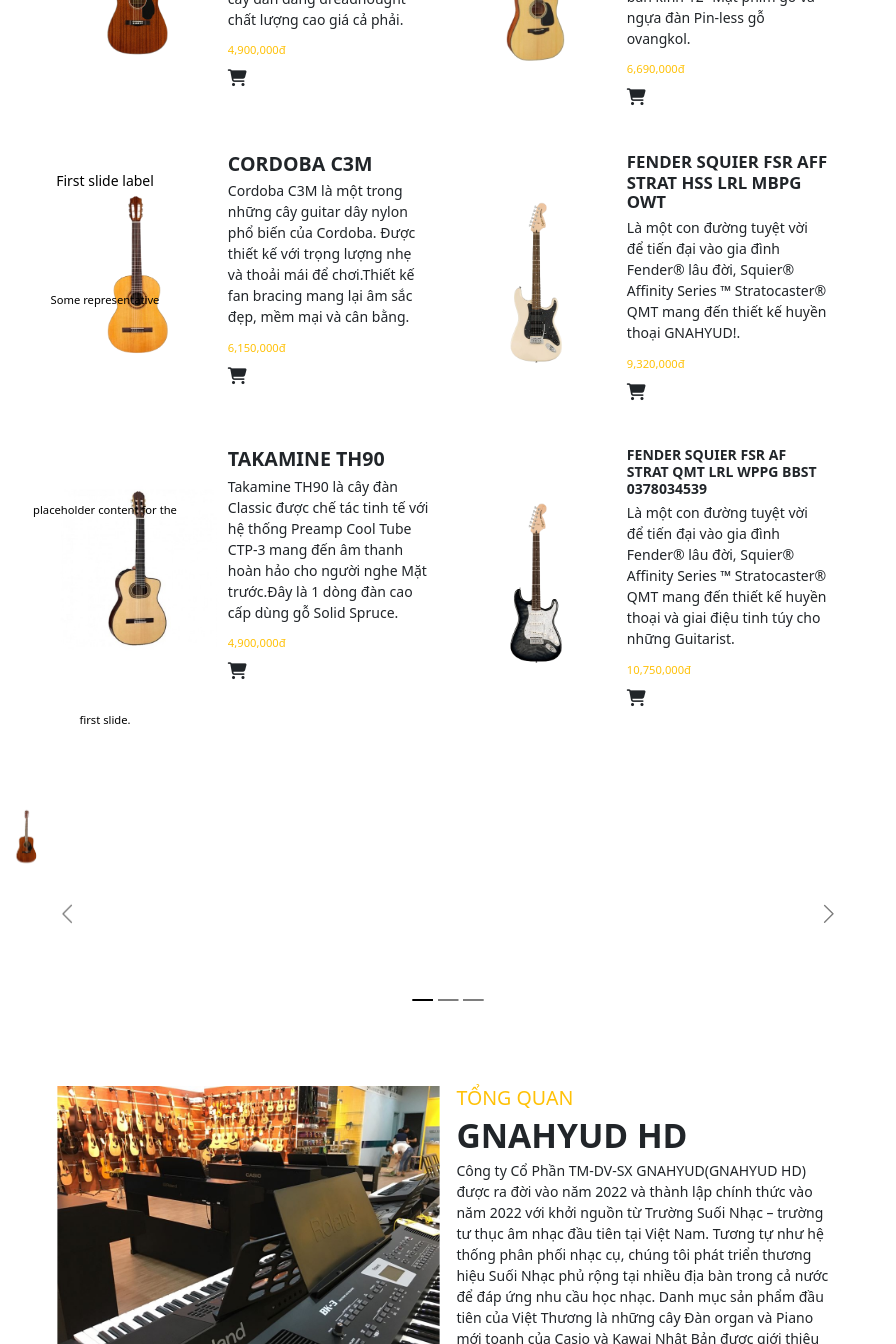
Repository: HoangDuy315/guitar
Page: index.html
These files come from the project's save history. The page is drawn as it stood at one moment and after the next save; the edit follows.
The browser window is 1280 px wide. The pictures show the part of the page from y = 1029 to 2949 px (the page is 4834 px tall before and 4869 px after), at 70% of full size.
Some web libraries are served in a nearby version.

Above is the page before, as saved 2022-09-16 15:31:51.

### index.html
<!doctype html>
<html lang="en">
  <head>
    <meta charset="utf-8">
    <meta name="viewport" content="width=device-width, initial-scale=1">
    <link href="https://cdn.jsdelivr.net/npm/bootstrap@5.1.3/dist/css/bootstrap.min.css" rel="stylesheet" integrity="sha384-1BmE4kWBq78iYhFldvKuhfTAU6auU8tT94WrHftjDbrCEXSU1oBoqyl2QvZ6jIW3" crossorigin="anonymous">

    <title>Guitar HD</title>
    <script src="https://kit.fontawesome.com/9676e8dc1b.js" crossorigin="anonymous"></script>
    <link rel="stylesheet" href="style.css">
  </head>
  <body>

    <!-- Nav -->
    <nav class="navbar navbar-expand-lg navbar-dark fixed-top py-3" id="navbar">
        <div class="container">
          <a class="navbar-brand fs-3 text-warning" href="#">GUITAR HD</a>
          <button class="navbar-toggler" type="button" data-bs-toggle="collapse" data-bs-target="#navbarSupportedContent" aria-controls="navbarSupportedContent" aria-expanded="false" aria-label="Toggle navigation">
            <span class="navbar-toggler-icon"></span>
          </button>
          <div class="collapse navbar-collapse" id="navbarSupportedContent">
            <ul class="navbar-nav me-auto mb-2 mb-lg-0 fs-5">
              <li class="nav-item">
                <a class="nav-link" href="#">Giới thiệu</a>
              </li>
              <li class="nav-item">
                <a class="nav-link" href="#">Tin tức</a>
              </li>
              <li class="nav-item dropdown">
                <a class="nav-link dropdown-toggle" href="#" id="navbarDropdown" role="button" data-bs-toggle="dropdown" aria-expanded="false">
                  Sản phẩm
                </a>
                <ul class="dropdown-menu" aria-labelledby="navbarDropdown">
                  <li><a class="dropdown-item" href="#">Guitar Clasic</a></li>
                  <li><a class="dropdown-item" href="#">Guitar Accoutic</a></li>
                  <li><a class="dropdown-item" href="#">Electronic Guitar</a></li>
                  <li><hr class="dropdown-divider"></li>
                  <li><a class="dropdown-item" href="#">Phụ kiện Guitar</a></li>
                </ul>
              </li>
              <li class="nav-item">
                <a class="nav-link" href="#">Liên hệ</a>
              </li>
            </ul>
            <a class="navbar-brand fw-bold  fs-3 text-warning" href="#"></a>
            <button class="btn  btn-outline-warning px-9 rounded-pill ms-auto">Login</button>
            <button class="btn  btn-outline-warning px-9 rounded-pill ms-3">Sign up</button>
          </div>
        </div>
      </nav>

    <!-- HomePage -->
    <section id="home" class="d-flex">
        <div class="container d-flex align-items-center">
            <div class="row justify-content-center">
                <div class="col-md-6">
                    <h1 class="display-1 fw-bolder text-white text-center">
                        BRINGING MUSIC TO<span class="text-warning"> EVERYONE</span>
                    </h1>
                </div>
            </div>
        </div>
    </section>

    <!-- Menu -->
    <section id="menu">
        <div class="container my-5 py-5">
            <div class="row mb-5">
                <div class="col-12 text-center">
                    <h3 class="text-warning">SẢN PHẨM</h3>
                    <h2 class="display-5 fw-bold">BEST SELLER</h2>
                </div>
            </div>
            <!-- 1 -->
            <div class="row">
                <div class="col-md-6">
                    <div class="card mb-3 border-0">
                        <div class="row g-0">
                          <div class="col-md-5 d-flex align-items-center">
                            <img src="./assets/ac1.png" class="img-fluid" alt="...">
                          </div>
                          <div class="col-md-7">
                            <div class="card-body">
                              <h5 class="card-title fs-3 fw-bold">FENDER FSR V3 CD60 MAH WN</h5>
                              <p class="card-text lead mb-2">CD-60 là một trong những mô hình phổ biến nhất của Fender và lý tưởng cho những người chơi đang tìm kiếm một cây đàn dáng dreadnought chất lượng cao giá cả phải.</p>
                              <p class="lead fw-bold fs-4 text-warning">
                                <p class="text-warning">4,900,000đ</p>
                                <i class="fa-solid fa-cart-shopping fs-4"></i>
                              </p>
                            </div>
                          </div>
                        </div>
                      </div>
                </div>
                <!-- 2 -->
                <div class="col-md-6">
                    <div class="card mb-3 border-0">
                        <div class="row g-0">
                          <div class="col-md-5 d-flex align-items-center">
                            <img src="./assets/ac4.png" class="img-fluid" alt="...">
                          </div>
                          <div class="col-md-7">
                            <div class="card-body">
                              <h5 class="card-title fs-3 fw-bold">TAKAMINE GD10CE</h5>
                              <p class="card-text lead mb-2">Dáng đàn dreadnought cho âm thanh dày, mạnh mẽ Mặt trước gỗ Spruce kết hợp mặt sau và hông mahogany Cần đàn mỏng gỗ mahogany và bán kính 12” Mặt phím gỗ và ngựa đàn Pin-less gỗ ovangkol.</p>
                              <p class="lead fw-bold fs-4 text-warning">
                                <p class="text-warning">6,690,000đ</p>
                                <i class="fa-solid fa-cart-shopping fs-4"></i>
                              </p>
                            </div>
                          </div>
                        </div>
                      </div>
                </div>
                <!-- 3 -->
                <div class="col-md-6">
                    <div class="card mb-3 border-0">
                        <div class="row g-0">
                          <div class="col-md-5 d-flex align-items-center">
                            <img src="./assets/cl6.png" class="img-fluid" alt="...">
                          </div>
                          <div class="col-md-7">
                            <div class="card-body">
                              <h5 class="card-title fs-3 fw-bold">CORDOBA C3M</h5>
                              <p class="card-text lead mb-2">Cordoba C3M là một trong những cây guitar dây nylon phổ biến của Cordoba. Được thiết kế với trọng lượng nhẹ và thoải mái để chơi.Thiết kế fan bracing mang lại âm sắc đẹp, mềm mại và cân bằng.</p>
                              <p class="lead fw-bold fs-4 text-warning">
                                <p class="text-warning">6,150,000đ</p>
                                <i class="fa-solid fa-cart-shopping fs-4"></i>
                              </p>
                            </div>
                          </div>
                        </div>
                      </div>
                </div>
                <!-- 4 -->
                <div class="col-md-6">
                    <div class="card mb-3 border-0">
                        <div class="row g-0">
                          <div class="col-md-5 d-flex align-items-center">
                            <img src="./assets/e2.png" class="img-fluid" alt="...">
                          </div>
                          <div class="col-md-7">
                            <div class="card-body">
                              <h5 class="card-title fs-4 fw-bold">FENDER SQUIER FSR AFF STRAT HSS LRL MBPG OWT</h5>
                              <p class="card-text lead mb-2">Là một con đường tuyệt vời để tiến đại vào gia đình Fender® lâu đời, Squier® Affinity Series ™ Stratocaster® QMT mang đến thiết kế huyền thoại GNAHYUD!.</p>
                              <p class="lead fw-bold fs-4 text-warning">
                                <p class="text-warning">9,320,000đ</p>
                                <i class="fa-solid fa-cart-shopping fs-4"></i>
                              </p>
                            </div>
                          </div>
                        </div>
                      </div>
                </div>
                <!-- 5 -->
                <div class="col-md-6">
                    <div class="card mb-3 border-0">
                        <div class="row g-0">
                          <div class="col-md-5 d-flex align-items-center">
                            <img src="./assets/cl7.png" class="img-fluid" alt="...">
                          </div>
                          <div class="col-md-7">
                            <div class="card-body">
                              <h5 class="card-title fs-3 fw-bold">TAKAMINE TH90</h5>
                              <p class="card-text lead mb-2">Takamine TH90 là cây đàn Classic được chế tác tinh tế với hệ thống Preamp Cool Tube CTP-3 mang đến âm thanh hoàn hảo cho người nghe Mặt trước.Đây là 1 dòng đàn cao cấp dùng gỗ Solid Spruce.</p>
                              <p class="lead fw-bold fs-4 text-warning">
                                <p class="text-warning">4,900,000đ</p>
                                <i class="fa-solid fa-cart-shopping fs-4"></i>
                              </p>
                            </div>
                          </div>
                        </div>
                      </div>
                </div>
                <!-- 6 -->
                <div class="col-md-6">
                    <div class="card mb-3 border-0">
                        <div class="row g-0">
                          <div class="col-md-5 d-flex align-items-center">
                            <img src="./assets/e1.png" class="img-fluid" alt="...">
                          </div>
                          <div class="col-md-7">
                            <div class="card-body">
                              <h5 class="card-title fs-5 fw-bold">FENDER SQUIER FSR AF STRAT QMT LRL WPPG BBST 0378034539</h5>
                              <p class="card-text lead mb-2">Là một con đường tuyệt vời để tiến đại vào gia đình Fender® lâu đời, Squier® Affinity Series ™ Stratocaster® QMT mang đến thiết kế huyền thoại và giai điệu tinh túy cho những Guitarist.</p>
                              <p class="lead fw-bold fs-4 text-warning">
                                <p class="text-warning">10,750,000đ</p>
                                <i class="fa-solid fa-cart-shopping fs-4"></i>
                              </p>
                            </div>
                          </div>
                        </div>
                      </div>
                </div>
            </div>
        </div>
    </section>

     <!-- Carousel -->
     <div id="carouselExampleDark" class="carousel carousel-dark slide" data-bs-ride="carousel">
      <div class="carousel-indicators">
        <button type="button" data-bs-target="#carouselExampleDark" data-bs-slide-to="0" class="active" aria-current="true" aria-label="Slide 1"></button>
        <button type="button" data-bs-target="#carouselExampleDark" data-bs-slide-to="1" aria-label="Slide 2"></button>
        <button type="button" data-bs-target="#carouselExampleDark" data-bs-slide-to="2" aria-label="Slide 3"></button>
      </div>
      <div class="cent">
        <div class="carousel-item active" data-bs-interval="10000">
          <img src="./assets/ac1.png" class="d-block w-25 h-25" alt="...">
          <div class="carousel-caption d-none d-md-block">
            <h5>First slide label</h5>
            <p>Some representative placeholder content for the first slide.</p>
          </div>
        </div>
        <div class="carousel-item" data-bs-interval="2000">
          <img src="./assets/cl5.png" class="d-block w-100" alt="...">
          <div class="carousel-caption d-none d-md-block">
            <h5>Second slide label</h5>
            <p>Some representative placeholder content for the second slide.</p>
          </div>
        </div>
        <div class="carousel-item">
          <img src="..." class="d-block w-100" alt="...">
          <div class="carousel-caption d-none d-md-block">
            <h5>Third slide label</h5>
            <p>Some representative placeholder content for the third slide.</p>
          </div>
        </div>
      </div>
      <button class="carousel-control-prev" type="button" data-bs-target="#carouselExampleDark" data-bs-slide="prev">
        <span class="carousel-control-prev-icon" aria-hidden="true"></span>
        <span class="visually-hidden">Previous</span>
      </button>
      <button class="carousel-control-next" type="button" data-bs-target="#carouselExampleDark" data-bs-slide="next">
        <span class="carousel-control-next-icon" aria-hidden="true"></span>
        <span class="visually-hidden">Next</span>
      </button>
    </div>

    <!-- About -->
    <section id="about">
        <div class="container my-5 py-5">
            <div class="row">
                <div class="col-md-6">
                    <img src="./assets/about3.png" alt="Hang Heo" class="w-100 h-80">
                </div>
                <div class="col-md-6">
                    <h3 class="text-warning">TỔNG QUAN</h3>
                    <h2 class="display-5 fw-bold">GNAHYUD HD</h2>
                    <p class="lead">Công ty Cổ Phần TM-DV-SX GNAHYUD(GNAHYUD HD) được ra đời vào năm 2022 và thành lập chính thức vào năm 2022 với khởi nguồn từ Trường Suối Nhạc – trường tư thục âm nhạc đầu tiên tại Việt Nam.
                         Tương tự như hệ thống phân phối nhạc cụ, chúng tôi phát triển thương hiệu Suối Nhạc phủ rộng tại nhiều địa bàn trong cả nước để đáp ứng nhu cầu học nhạc. Danh mục sản phẩm đầu tiên của Việt Thương là những cây Đàn organ và Piano mới toanh của Casio và Kawai Nhật Bản được giới thiệu tại thị trường Việt Nam. </p>
                </div>
            </div>
        </div>
    </section>

    <!-- Designer -->
    <section id="designer">
        <div class="container">
            <div class="row mb-5    ">
                <div class="col-12 text-center">
                    <h3 class="text-warning">Công ty</h3>
                    <h2 class="display-5 fw-bold">Profile</h2>
                </div>
            </div>
            <div class="row">
                <!-- 1 -->
                <div class="col-md-3">
                    <div class="card border-0">
                        <img src="./assets/ceo.png" class="card-img-top" alt="...">
                        <div class="card-body text-center">
                          <h4 class="card-title text-warning">CEO</h5>
                          <h6 class="card-title lead">GnahYud</h5>
                          <p class="card-text">When life changes to be harder, change yourself to be stronger</p>
                        </div>
                      </div>
                </div>

                <!-- 2 -->
                <div class="col-md-3">
                    <div class="card border-0">
                        <img src="./assets/trưởng phòng.png" class="card-img-top" alt="...">
                        <div class="card-body text-center">
                          <h4 class="card-title text-warning">Trưởng phòng</h5>
                          <h6 class="card-title lead">Glong</h5>
                          <p class="card-text">In three words I can sum up I’ve learned in life: it goes on.</p>
                        </div>
                      </div>
                </div>

                <!-- 3 -->
                <div class="col-md-3">
                    <div class="card border-0">
                        <img src="./assets/bảo vệ.png" class="card-img-top h-100" alt="...">
                        <div class="card-body text-center">
                          <h4 class="card-title text-warning">Bảo vệ</h4></h5>
                          <h6 class="card-title lead">Ốc Piêu</h5>
                          <p class="card-text">We could never learn to be brave and patient, if there were only joy in the world.</p>
                        </div>
                      </div>
                </div>

                <!-- 4 -->
                <div class="col-md-3">
                    <div class="card border-0">
                        <img src="./assets/lao công.png" class="card-img-top" alt="...">
                        <div class="card-body text-center">
                          <h4 class="card-title text-warning">Lao công</h5>
                          <h6 class="card-title lead">Như Hiền</h5>
                          <p class="card-text">Sadness flies away on the wings of time.</p>
                        </div>
                      </div>
                </div>
            </div>
        </div>
    </section>

    <!-- Contact -->
    <section id="contact">
        <div class="container my-5 py-5">
            <div class="row mb-5">
                <div class="col-12 text-center">
                    <h3 class="text-warning fs-1">Liên hệ</h3>
                    <h2 class="display-7 fw-bold">Chúng tôi sẽ giúp bạn tìm đúng giải pháp cho đam mê của bạn.</h2>
                </div>
            </div>
            <div class="row justify-content-center">
                <div class="col-md-6">
                    <form action="">
                        <div class="mb-3">
                            <input type="text" class="form-control py-2" id="name" placeholder="Họ Và Tên">
                        </div>
                        <div class="mb-3">
                            <input type="text" class="form-control py-2" id="name" placeholder="Title">
                        </div>
                        <div class="mb-3">
                            <input type="email" class="form-control py-2" id="exampleFormControlInput1" placeholder="Email">
                        </div>
                        <div class="mb-3">
                            <textarea class="form-control" id="exampleFormControlTextarea1" placeholder="Nội dung" rows="3"></textarea>
                        </div>
                        <button class="button-32" role="button">Send</button>
                    </form>
                </div>
            </div>
        </div>
    </section>

    <!-- Footer -->
    <footer class="text-center text-lg-start bg-dark text-muted">
      <!-- Section: Social media -->
      <section class="d-flex justify-content-center justify-content-lg-between p-4 border-bottom">
        <!-- Left -->
        <div class="me-5 d-none d-lg-block">
          <span class="text-white fs-5">Social</span>
        </div>
        <!-- Left -->

        <!-- Right -->
        <div>
          <a href="" class="me-4 link-secondary">
            <i class="fab fa-facebook-f"></i>
          </a>
          <a href="" class="me-4 link-secondary">
            <i class="fab fa-twitter"></i>
          </a>
          <a href="" class="me-4 link-secondary">
            <i class="fab fa-google"></i>
          </a>
          <a href="" class="me-4 link-secondary">
            <i class="fab fa-instagram"></i>
          </a>
          <a href="" class="me-4 link-secondary">
            <i class="fab fa-linkedin"></i>
          </a>
          <a href="" class="me-4 link-secondary">
            <i class="fab fa-github"></i>
          </a>
        </div>
        <!-- Right -->
      </section>
      <!-- Section: Social media -->

      <!-- Section: Links  -->
      <section class="">
        <div class="container text-center text-md-start mt-5">
          <!-- Grid row -->
          <div class="row mt-3">
            <!-- Grid column -->
            <div class="col-md-3 col-lg-4 col-xl-3 mx-auto mb-4">
              <!-- Content -->
              <h6 class="text-uppercase fw-bold mb-4">
                <i class="fas fa-gem me-3 text-secondary"></i>GNAHYUD HD
              </h6>
              <p>
                <a href="#!" class="text-white">Giới thiệu công ty</a>
              </p>
              <p>
                <a href="#!" class="text-white">Hệ thống Showroom, đại lý</a>
              </p>
              <p>
                <a href="#!" class="text-white">Liên hệ/góp ý</a>
              </p>
              <p>
                <a href="#!" class="text-white">Mua trả góp</a>
              </p>
            </div>
            <!-- Grid column -->

            <!-- Grid column -->
            <div class="col-md-2 col-lg-2 col-xl-2 mx-auto mb-4">
              <!-- Links -->
              <h6 class="text-uppercase fw-bold mb-4">
                Hướng dẫn chung
              </h6>
              <p>
                <a href="#!" class="text-white">Giao hàng-đổi trả</a>
              </p>
              <p>
                <a href="#!" class="text-white">Hướng dẫn mua hàng</a>
              </p>
              <p>
                <a href="#!" class="text-white">Thanh toán và bảo mật</a>
              </p>
              <p>
                <a href="#!" class="text-white">Bảo hành Guitar</a>
              </p>
            </div>
            <!-- Grid column -->

            <!-- Grid column -->
            <div class="col-md-3 col-lg-2 col-xl-2 mx-auto mb-4">
              <!-- Links -->
              <h6 class="text-uppercase fw-bold mb-4">
                Hỗ trợ khách hàng
              </h6>
              <p>
                <a href="#!" class="text-white">Gọi mua hàng </a>
              </p>
              <p>
                <a href="#!" class="text-white">Thời gian phục vụ: 8h-22h</a>
              </p>
              <p>
                <a href="#!" class="text-white">Hotline: 1234 6789 </a>
              </p>
            </div>
            <!-- Grid column -->

            <!-- Grid column -->
            <div class="col-md-4 col-lg-3 col-xl-3 mx-auto mb-md-0 mb-4">
              <!-- Links -->
              <h6 class="text-uppercase fw-bold mb-4">Địa chỉ</h6>
              <p><i class="fas fa-home me-3 text-secondary"></i>607 XVNT, P.26, Q.BT, TP.HCM</p>
              <p>
                <i class="fas fa-envelope me-3 text-secondary"></i>
                info@example.com
              </p>
              <p><i class="fas fa-phone me-3 text-secondary"></i> + 01 234 567 88</p>
              <p><i class="fas fa-print me-3 text-secondary"></i> + 01 234 567 89</p>
            </div>
            <!-- Grid column -->
          </div>
          <!-- Grid row -->
        </div>
      </section>
      <!-- Section: Links  -->

      <!-- Copyright -->
      <div class="text-center p-4" style="background-color: rgba(0, 0, 0, 0.025);">
        © 2021 Copyright:
        <a class="text-reset fw-bold" href="https://mdbootstrap.com/">MDBootstrap.com</a>
      </div>
      <!-- Copyright -->
    </footer>

    <script src="https://cdn.jsdelivr.net/npm/bootstrap@5.1.3/dist/js/bootstrap.bundle.min.js" integrity="sha384-ka7Sk0Gln4gmtz2MlQnikT1wXgYsOg+OMhuP+IlRH9sENBO0LRn5q+8nbTov4+1p" crossorigin="anonymous"></script>
    <script>
        window.onscroll = function(){
            scrollFunction();
        }

        function scrollFunction() {
            if(document.body.scrollTop > 100 || document.documentElement.scrollTop > 100) {
                document.getElementById("navbar").classList.add("bg-dark", "shadow");
            }
            else{
                document.getElementById("navbar").classList.remove("bg-dark", "shadow");
            }
        }
    </script>
</body>
</html>

Loaded but not shown: style.css (53 lines, source omitted)

After the next save:
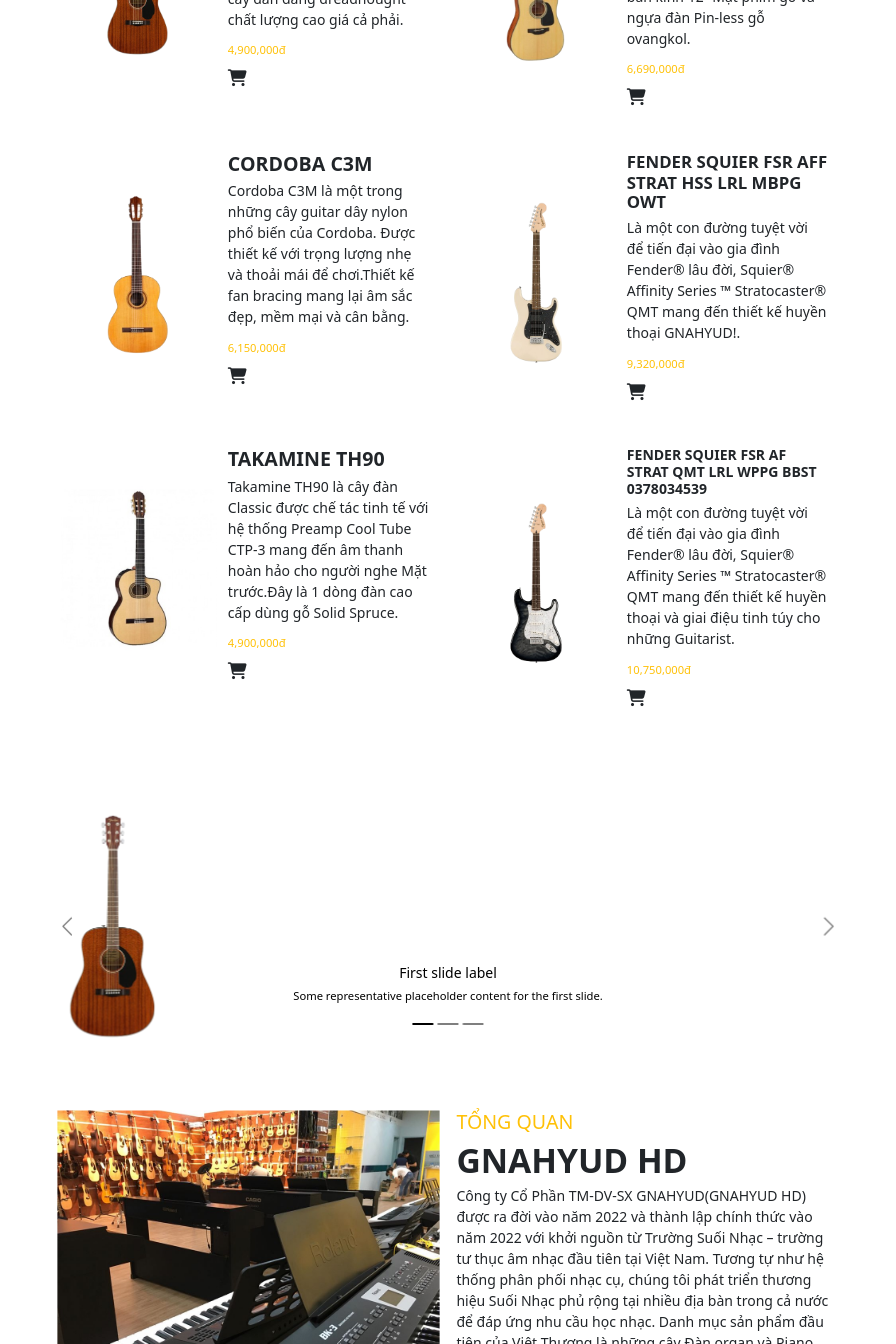
Saved 9 s later.
--- a/index.html
+++ b/index.html
@@ -203,7 +203,7 @@
         <button type="button" data-bs-target="#carouselExampleDark" data-bs-slide-to="1" aria-label="Slide 2"></button>
         <button type="button" data-bs-target="#carouselExampleDark" data-bs-slide-to="2" aria-label="Slide 3"></button>
       </div>
-      <div class="cent">
+      <div class="carousel-inner">
         <div class="carousel-item active" data-bs-interval="10000">
           <img src="./assets/ac1.png" class="d-block w-25 h-25" alt="...">
           <div class="carousel-caption d-none d-md-block">
